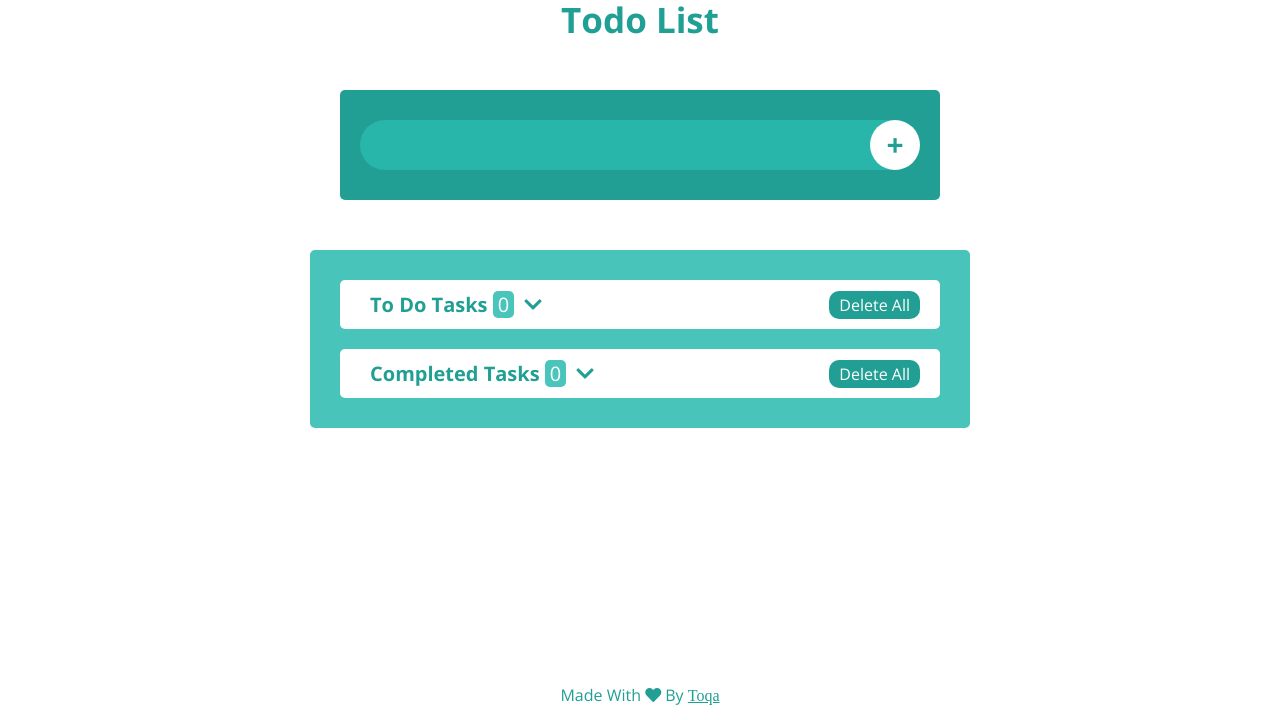
Repository: Toqa-25/todo-list
Page: index.html
These files come from the project's save history. The page is drawn as it stood at one moment and after the next save; the edit follows.
The browser window is 1280 px wide. The pictures show the whole page.
Some web fonts or font styles are not loaded; a fallback is used.

Above is the page before, as saved 2022-02-07 16:08:24.

After the next save:
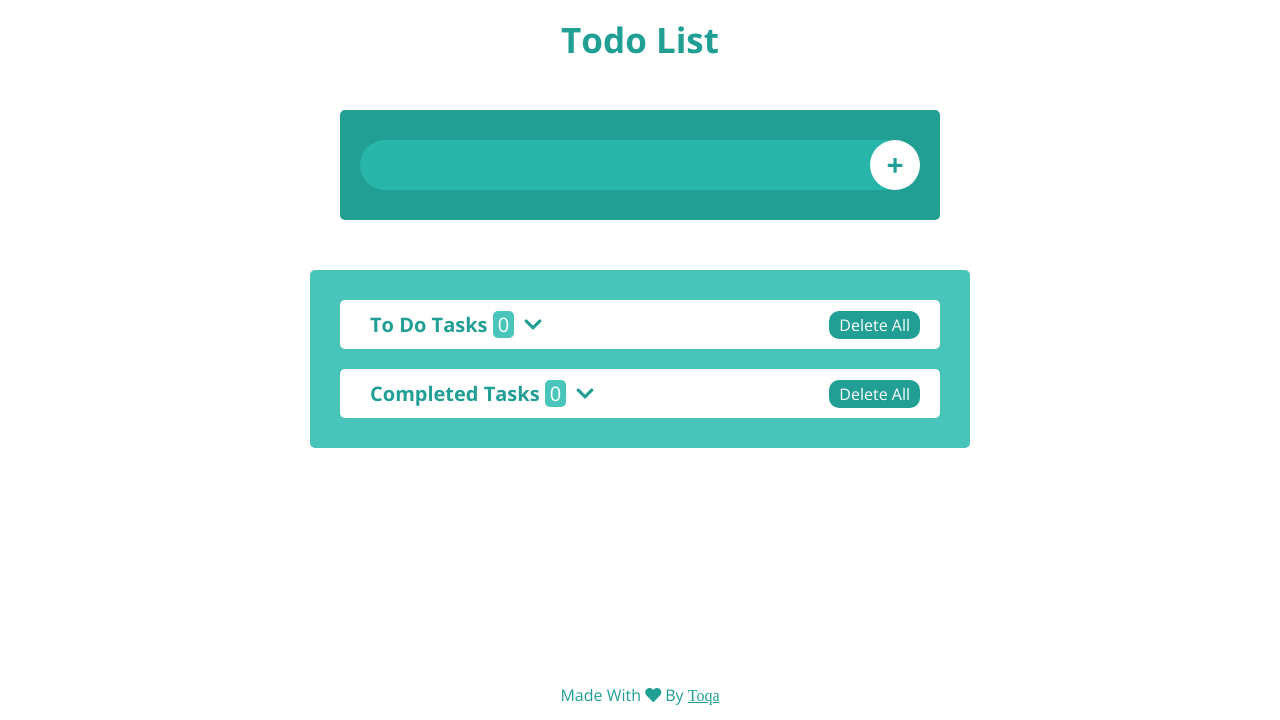
Saved 14 s later.
--- a/css/style.css
+++ b/css/style.css
@@ -38,6 +38,7 @@ section{
 .todo-main-head {
     /* padding-top: 20px;
     margin-top: 20px; */
+    margin: 20px auto 0;
 }
 .todo-head {
     color: var(--main-color);
